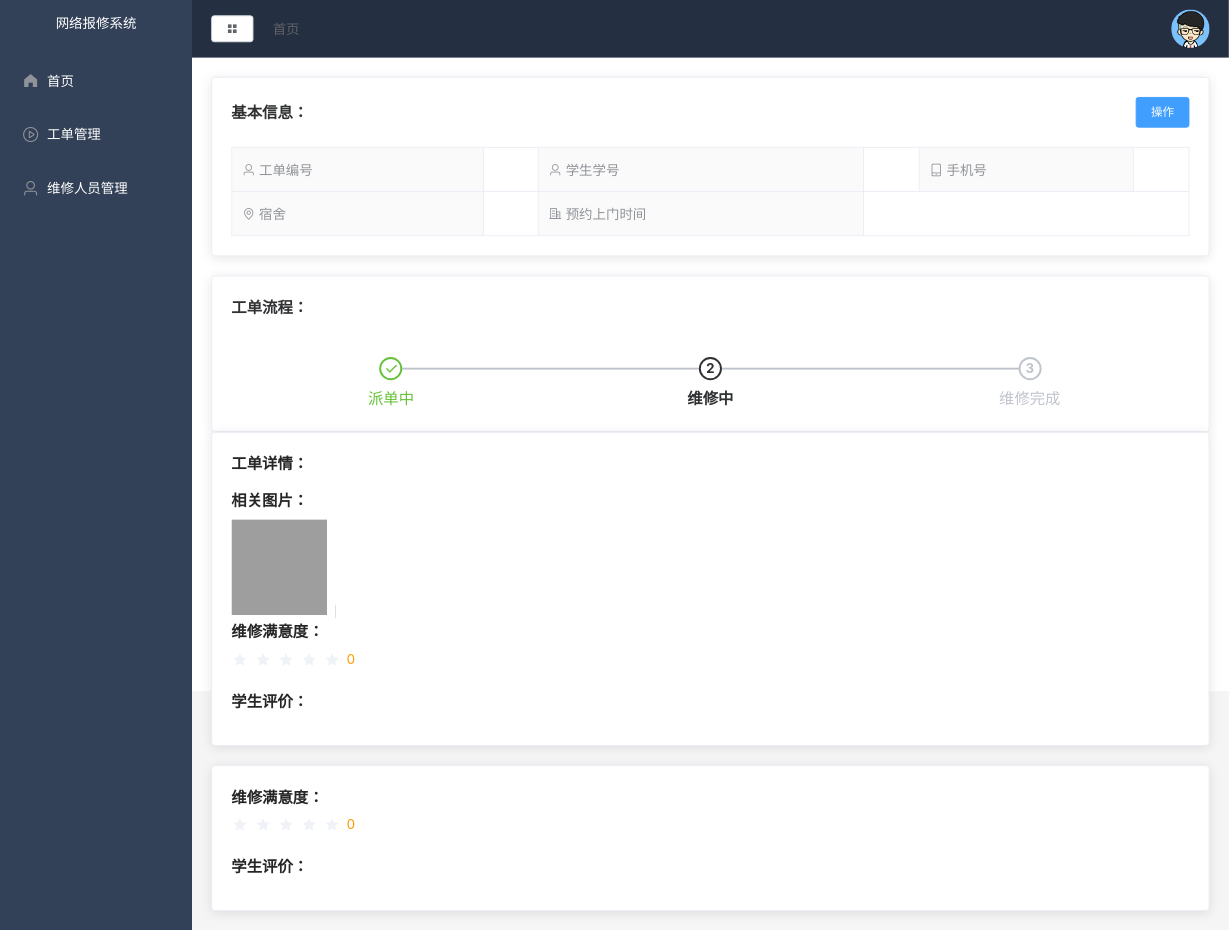
Repository: LtheW/vue
Page: /submit
An editor plug-in stored every save of this project. The page is shown before and after the next save, followed by the edit.
The browser window is 1280 px wide. The pictures show the whole page, at 96% of full size.
Pictures or frames that could not be fetched are drawn as grey boxes. The page's requests for data from a server got no answer. The project was rebuilt for these pictures with package versions that can differ from the ones it lists, and the page was loaded fresh each time. No one was signed in, and anything a server would have sent is missing. Also part of the build but not shown: vue.config.js, src/components/CommonTag.vue, src/views/Maintainer/Add.vue.

Above is the page before, as saved 2022-03-27 13:08:10.

### src/main.js
import Vue from 'vue'
import App from './App.vue'
import router from './router'
import store from './store'
//引入element ui
import ElementUI from 'element-ui';
import 'element-ui/lib/theme-chalk/index.css';
import '@/assets/scss/reset.scss' //全局样式
import Axios from 'axios';//后台交互
import Antd from 'ant-design-vue';
import 'ant-design-vue/dist/antd.css';
import 'font-awesome/scss/font-awesome.scss'
Vue.prototype.$http=Axios
//defaults 设置全局默认路径
Axios.defaults.baseURL="/"

Vue.use(ElementUI,Antd);
Vue.config.productionTip = false

new Vue({
  router,
  store,
  render: h => h(App)
}).$mount('#app')

### src/router/index.js
import Vue from 'vue'
import VueRouter from 'vue-router'
import Main from '../views/Main.vue'
import Submit from'../views/Submit.vue'
import Maintainer_Add from'../views/Maintainer/Add.vue'
Vue.use(VueRouter)

const routes = [
  {
    path:'/login',
    name:'Login',
    component:()=>import('@/views/Login')
  },
  {

    path: '/',
    name: 'Main',
    component: Main,
    children: [
      {
        path: '/',
        name: 'search',
        component: () => import('@/views/About')
      },
      {
        path: '/form',
        name: 'form',
        component: () => import('@/views/Form/Form')
      },
      {
        path: '/home',
        name: 'home',
        component: () => import('@/views/Maintainer/Maintainer')
      },
      {
        path: '/submit',
        name: 'submit',
        component: Submit,
      },
      {
        path: '/maintainer_add',
        name: 'add',
        component: Maintainer_Add,
      },
    ]
    },


]

const router = new VueRouter({
  mode:'history',
  base: process.env.BASE_URL,
  routes
})

export default router

### src/views/Main.vue
<template>
  <el-container style="height: 100%">
    <el-aside width="auto" height="100%" ><common-aside></common-aside></el-aside>
    <el-container>
      <el-header>
        <common-header></common-header>

      </el-header>
      <el-main><router-view /></el-main>
    </el-container>
  </el-container>
</template>

<script>
import CommonAside from "../components/CommonAside.vue";
import CommonHeader from "../components/CommonHeader.vue";
import CommonTag from "../components/CommonTag.vue";
export default {
  name: "Main",
  components: { CommonAside, CommonHeader, CommonTag },
};
</script>
, CommonTab
<style lang="scss" scoped>
.el-header {
  background: #242F42;
}
.el-main {
  padding-top: 20rpx;
}
</style>

### src/views/Submit.vue
<template>
  <div class="form">
    <div>
      <el-card>
        <el-descriptions
          class="margin-top"
          title="基本信息："
          :column="3"
          :size="size"
          border
        >
          <template slot="extra">
            <el-button type="primary" size="small">操作</el-button>
          </template>
          <el-descriptions-item width="150">
            <template slot="label">
              <i class="el-icon-user"></i>
              工单编号
            </template>
            {{ form.workorderNumber }}
          </el-descriptions-item>
          <el-descriptions-item>
            <template slot="label">
              <i class="el-icon-user"></i>
              学生学号
            </template>
            {{ form.fkStudentNumber }}
          </el-descriptions-item>
          <el-descriptions-item>
            <template slot="label">
              <i class="el-icon-mobile-phone"></i>
              手机号
            </template>
            {{ form.contactInformation }}
          </el-descriptions-item>
          <el-descriptions-item>
            <template slot="label">
              <i class="el-icon-location-outline"></i>
              宿舍
            </template>
            {{ form.address }}
          </el-descriptions-item>
          <el-descriptions-item>
            <template slot="label">
              <i class="el-icon-office-building"></i>
              预约上门时间
            </template>
            {{ form.fixedTime }}
          </el-descriptions-item>
        </el-descriptions>
      </el-card>
    </div>

    <div class="p">
      <el-card>
        <i class="title">工单流程：</i>
        <div>
          <el-steps
            :space="600"
            :active="1"
            finish-status="success"
            align-center="true"
            style="padding-top: 40px"
          >
            <el-step title="派单中"></el-step>
            <el-step title="维修中"></el-step>
            <el-step title="维修完成"></el-step>
          </el-steps>
        </div>
      </el-card>
      <div class="panel">
        <el-card >
          <h5 class="title">工单详情：</h5>

          <p>{{ form.workorderContent }}</p>

          <h5 class="title">相关图片：</h5>
          <el-image
            style="width: 100px; height: 100px"
            :src="url"
            :preview-src-list="srcList"
          >
          </el-image>
            <el-divider direction="vertical"></el-divider>

          <h5 class="title">维修满意度：</h5>
          <el-rate
            v-model="form.maintenanceSatisfaction"
            disabled
            show-score
            text-color="#ff9900"
            score-template="{value}"
          >
          </el-rate>

          <div class="p">
          <h5 class="title">学生评价：</h5>
          <p>{{ form.evaluation }}</p>
          </div>
        </el-card>
         </div>
        <div class="p">
        <el-card>
          <h5 class="title">维修满意度：</h5>
          <el-rate
            v-model="form.maintenanceSatisfaction"
            disabled
            show-score
            text-color="#ff9900"
            score-template="{value}"
          >
          </el-rate>
          <div class="p">
          <h5 class="title">学生评价：</h5>
          <p>{{ form.evaluation }}</p>
          </div>
        </el-card>
        </div>

    </div>
  </div>
</template>
<script>
export default {
  data() {
    return {
      form: {},
      workorderNumber: "",
      url: "https://fuss10.elemecdn.com/e/5d/4a731a90594a4af544c0c25941171jpeg.jpeg",
      srcList: [],
    };
  },
  created() {
    this.workorderNumber = this.$route.params.workorderNumber;
    this.Load();
  },
  methods: {
    goBack() {
      this.$router.go(-1);
    },
    onSubmit() {},
    Load() {
      this.$http({
        url: "/api/administer/getorder",
        method: "get",
        headers: { "X-Requested-With": "XMLHttpRequest" },
        params: {
          workorder_number: this.workorderNumber,
        }, //传值 如：params:{id:1,name:"gw"}
      }).then((res) => {
        this.form = res.data.data[0];
        console.log(this.form);
        var jsonstr = JSON.parse(res.data.data[0].pictureAddress);
        var arr = this.srcList;
        for (var i = 0; i < 3; i++) {
          if (jsonstr[i] == null) {
            break;
          }
          arr.push(jsonstr[i]);
        }
        this.srcList = arr;
      });
    },
  },
};
</script>

<style >
.form {
  display: flex;
  flex-direction: column;
  justify-content: center;
  align-content: center;
}

.title {
  font-size: 16px;
  font-weight: 700;
}
.p {
  padding-top: 20px;
}
.border {
  border: 1px solid grey;
}
.panel{
  display: flex;
  flex-direction: column;
  justify-content: space-around;
}
</style>

### src/store/tab.js
export default{
    state:{
        isCollapse: false
    },
    mutations:{
        collapseMenu(state){
            state.isCollapse=!state.isCollapse
        }
    }
}

### src/components/CommonAside.vue
<template>
  <el-menu
    class="el-menu-vertical-demo"
    :collapse="isCollapse"
    background-color="#324157"
    text-color="#fff"
    active-text-color="#ffd04b"
  >
    <h3 v-show="!isCollapse">网络报修系统</h3>
    <h3 v-show="isCollapse">后台</h3>
    <el-menu-item
      :index="item.path"
      v-for="item in noChildren"
      :key="item.path"
      @click="clickMenu(item)"
    >
      <i :class="'el-icon-' + item.icon"></i>
      <span slot="title">{{ item.label }}</span>
    </el-menu-item>
    <el-submenu :index="item.label" v-for="item in hasChildren" :key="item.path">
      <template slot="title">
        <i :class="'el-icon-' + item.icon"></i>
        <span slot="title">{{ item.label }}</span>
      </template>
      <el-menu-item-group>
        <el-menu-item
          :index="subItem.path"
          v-for="(subItem, subIndex) in item.children"
          :key="subIndex"
          @click="clickMenu(item)"
        >
          <i :class="'el-icon-' + subItem.icon"></i>
          <span slot="title">{{ subItem.label }}</span>
        </el-menu-item>
      </el-menu-item-group>
    </el-submenu>
  </el-menu>
</template>

<script>
export default {
  data() {
    return {
      menu: [
        {
          path: "/",
          name: "search",
          label: "首页",
          icon: "s-home",
          url: "Maintainer/Maintainer",
        },
        {
          path: "/form",
          name: "form",
          label: "工单管理",
          icon: "video-play",
          url: "Form/Form",
        },
        {
          path: "/home",
          name: "home",
          label: "维修人员管理",
          icon: "user",
          url: "Home/Home",
        },
      ],
    };
  },
  methods: {
    // handleOpen(key, keyPath) {
    //   console.log(key, keyPath);
    // },
    // handleClose(key, keyPath) {
    //   console.log(key, keyPath);
    // },
    clickMenu(item) {
      this.$router.push({ name: item.name });
      this.$store.commit("selectMenu", item);
    },
  },
  computed: {
    noChildren() {
      return this.menu.filter((item) => !item.children);
    },
    hasChildren() {
      return this.menu.filter((item) => item.children);
    },
    isCollapse() {
      return this.$store.state.tab.isCollapse;
    },
  },
};
</script>

<style lang="scss" scoped>
.el-menu {
  height: 100%;
  border: none;
  h3 {
    color: #ffffff;
    text-align: center;
    line-height: 48px;
  }
}
.el-menu-vertical-demo:not(.el-menu--collapse) {
  width: 200px;
  min-height: 100vh;
}
</style>

### src/components/CommonHeader.vue
<template>
  <header>
    <div class="l-content">
      <el-button plain icon="el-icon-menu" size="mini" @click="handleMenu"></el-button>
      <el-breadcrumb>
        <el-breadcrumb-item :to="{ path: '/' }">首页</el-breadcrumb-item>
        <el-breadcrumb-item :to="current.path" v-if="current">{{
          current.label
        }}</el-breadcrumb-item>
      </el-breadcrumb>
    </div>
    <div class="r-content">
      <el-dropdown trigger="click" size="mini">
        <span class="el-dropdown-link">
          <img :src="userImg" class="user" />
        </span>
        <el-dropdown-menu slot="dropdown">
          <el-dropdown-item>个人中心</el-dropdown-item>
          <el-dropdown-item @click.native="logOut">退出</el-dropdown-item>
        </el-dropdown-menu>
      </el-dropdown>
    </div>
  </header>
</template>

<script>
import { mapState } from "vuex";
export default {
  data() {
    return {
      userImg: require("../assets/images/user.png"),
    };
  },
  methods: {
    handleMenu() {
      this.$store.commit("collapseMenu");
    },
    logOut() {
      this.$store.commit("clearToken");
      this.$store.commit("clearMenu");
      // location.reload();
      this.$router.push("/login");
    },
  },
  computed: {
    ...mapState({
      current: (state) => state.tab.currentMenu,
    }),
  },
};
</script>

<style lang="scss" scoped>
header {
  display: flex;
  height: 100%;
  align-items: center;
  justify-content: space-between;
}

.l-content {
  display: flex;
  align-items: center;
  .el-button {
    margin-right: 20px;
  }
}

.r-content {
  .user {
    width: 40px;
    height: 40px;
    border-radius: 50%;
  }
}
</style>

<style lang="scss">
.el-breadcrumb__item {
  .el-breadcrumb__inner {
    color: #666;
    font-weight: normal;
  }
  &:last-child {
    .el-breadcrumb__inner {
      color: white;
    }
  }
}
</style>

Loaded but not shown: public/index.html (common file); src/App.vue (common file); src/store/index.js (common file); src/assets/scss/reset.scss (common file)

After the next save:
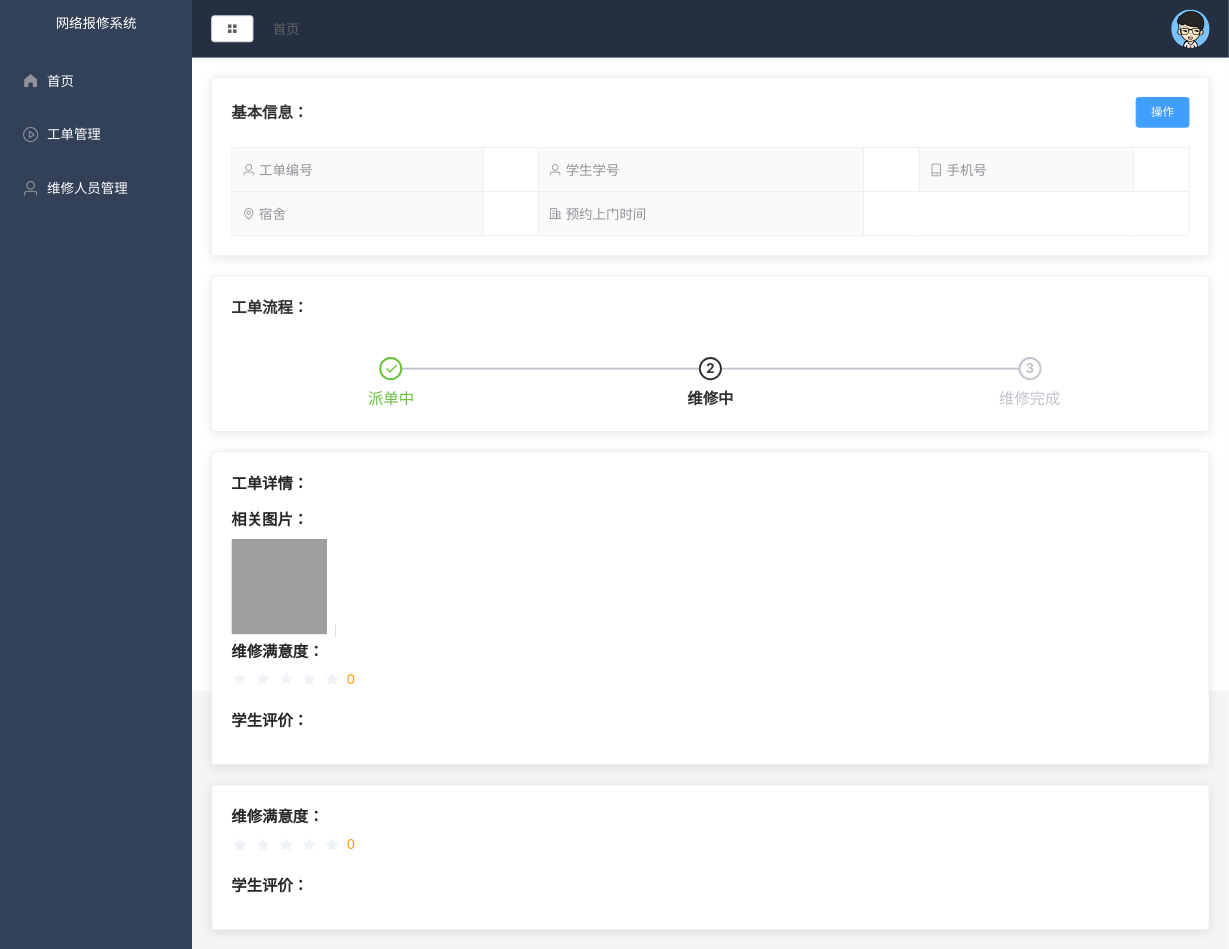
Saved 60 s later.
--- a/src/views/Submit.vue
+++ b/src/views/Submit.vue
@@ -68,8 +68,8 @@
           </el-steps>
         </div>
       </el-card>
-      <div class="panel">
-        <el-card >
+      <div class="p">
+        <el-card class="panel">
           <h5 class="title">工单详情：</h5>
 
           <p>{{ form.workorderContent }}</p>
